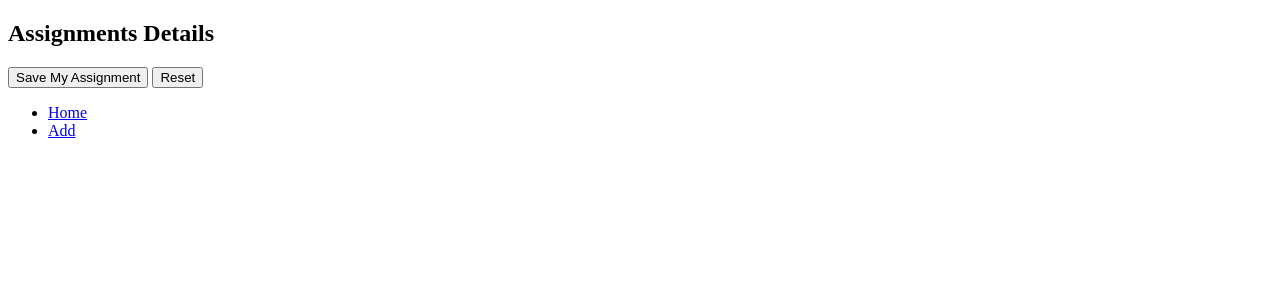
Repository: jmbburg26/ASD
Page: asdcouch/app/_attachments/assignment.html
An editor plug-in stored every save of this project. The page is shown before and after the next save, followed by the edit.
The browser window is 1280 px wide. The pictures show the whole page.

Above is the page before, as saved 2013-05-03 01:05:36.

### asdcouch/app/_attachments/assignment.html
<!DOCTYPE html>
<html>
	<head>
		<meta charset="utf-8" />
		<title>Saved Assignments</title>
	</head>
	<body>
		<!--Edit Item Page-->
		<div id="edit" data-role="page" data-add-back-btn="true">
			<section data-role="header" data-position="fixed">
				<header>
					<h1>Assignments Details</h1>
				</header>
			</section>
			<div data-role="content" class="ui-body">
				<ul id="subjectist" data-role="listview">
				</ul>
				<div>
					<input type="submit" value="Save My Assignment" data-inline="true" data-theme="b" />
					<input type="reset" value="Reset" data-inline="true" data-mini="true" />
				</div>
			</div>
			<div data-role="footer" data-position="fixed" data-id="home" data-theme="b">
				<div data-role="navbar">
					<ul>
						<li><a href="#home" data-icon="home">Home</a></li>
						<li><a href="#add" data-icon="plus">Add</a></li>
					</ul>
				</div>
			</div>
		</div>
	</body>
</html>

After the next save:
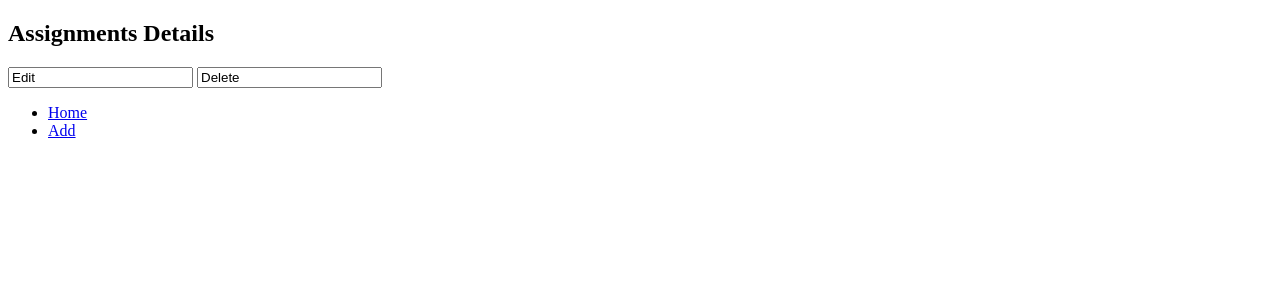
Saved 51 s later.
--- a/asdcouch/app/_attachments/assignment.html
+++ b/asdcouch/app/_attachments/assignment.html
@@ -16,8 +16,8 @@
 				<ul id="subjectist" data-role="listview">
 				</ul>
 				<div>
-					<input type="submit" value="Save My Assignment" data-inline="true" data-theme="b" />
-					<input type="reset" value="Reset" data-inline="true" data-mini="true" />
+					<input type="edit" value="Edit" data-inline="true" data-theme="b" />
+					<input type="delete" value="Delete" data-inline="true" data-mini="true" />
 				</div>
 			</div>
 			<div data-role="footer" data-position="fixed" data-id="home" data-theme="b">
